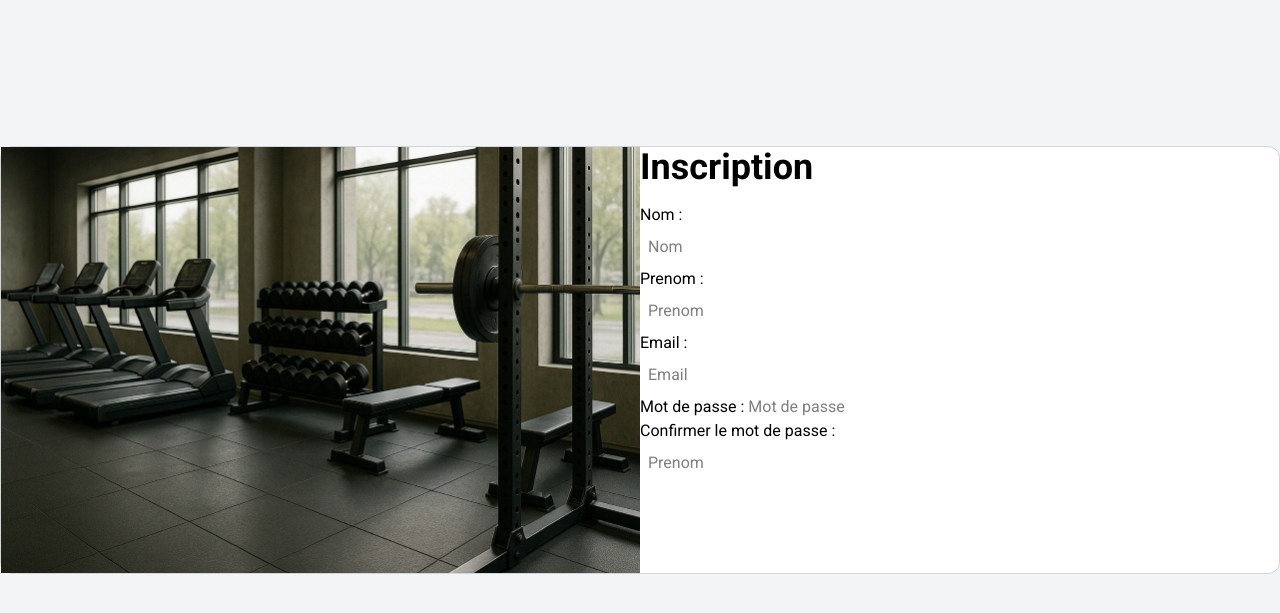
Repository: fahchouchsm/clubSportifWeb
Page: src/pages/inscription.html
An editor plug-in stored every save of this project. The page is shown before and after the next save, followed by the edit.
The browser window is 1280 px wide. The pictures show the whole page.

Above is the page before, as saved 2025-04-16 19:45:13.

### src/pages/inscription.html
<!doctype html>
<html lang="en">
  <head>
    <meta charset="UTF-8" />
    <meta name="viewport" content="width=device-width, initial-scale=1.0" />
    <link href="../css/output.css" rel="stylesheet" />
    <link rel="stylesheet" href="../css/main.css" />
    <link rel="stylesheet" href="../css/style.css" />
    <title>Document</title>
  </head>
  <body>
    <div
      class="flex h-screen w-screen items-center justify-center bg-gray-100 px-10"
    >
      <main
        class="mx-auto flex rounded-xl border border-gray-300 bg-white shadow-lg shadow-gray-400"
      >
        <img
          src="../../public/imgs/salleInterieur.jpeg"
          class="h-full w-1/2 rounded-s-lg object-cover"
          alt=""
        />
        <form
          action="../php/inscription.php"
          method="post"
          class="flex w-1/2 flex-col gap-4 p-6"
        >
          <h1 class="text-4xl font-bold">Inscription</h1>
          <!-- inputs -->
          <div class="grid w-full grid-cols-2 gap-4">
            <!-- Nom -->
            <div class="">
              <label for="nom"> Nom : </label>
              <input
                class="input-style"
                type="text"
                name="nom"
                id="nom"
                placeholder="Nom"
                pattern="[a-zA-Z ]{3,30}"
                required
              />
            </div>
            <!-- Prenom -->
            <div class="">
              <label for="prenom">Prenom :</label
              ><input
                type="text"
                class="input-style"
                name="prenom"
                placeholder="Prenom"
                pattern="[a-zA-Z ]{3,30}"
                id="prenom"
                required
              />
            </div>
            <!-- Email -->
            <div class="col-span-2">
              <label for="email">Email :</label
              ><input
                type="text"
                class="input-style"
                name="email"
                placeholder="Email"
                pattern="[a-zA-Z0-9._%+-]+@[a-zA-Z0-9.-]+\.[a-zA-Z]{2,}"
                id="email"
                required
              />
            </div>
            <!-- pass -->
            <div class="">
              <label for="pass">Mot de passe : </label>
              <input
                class="input-style"
                type="password"
                name="motdepasse"
                id="pass"
                placeholder="Mot de passe"
                pattern="[a-zA-Z ]{3,30}"
                required
              />
            </div>
            <!-- confPass -->
            <div class="">
              <label for="confPass">Confirmer le mot de passe :</label
              ><input
                type="text"
                class="input-style"
                name="prenom"
                placeholder="Prenom"
                pattern="[a-zA-Z ]{3,30}"
                id="prenom"
                required
              />
            </div>
          </div>
          <button type="submit" class="ml-auto bg-gray-500 text-white">
            S'inscrire
          </button>
        </form>
      </main>
    </div>
    <script src="../js/style.js"></script>
  </body>
</html>

### src/css/main.css
@import url("https://fonts.googleapis.com/css2?family=Roboto:wght@400;700&display=swap");

body {
  font-family: "Roboto", sans-serif;
}

### src/css/style.css
/* styles.css */
.input-style {
  @apply block w-full rounded-lg border-2 border-gray-300 p-2 focus:border-blue-500 focus:outline-none;
}

Loaded but not shown: src/js/style.js (39 lines, source omitted); src/css/output.css (1058 lines, source omitted)

After the next save:
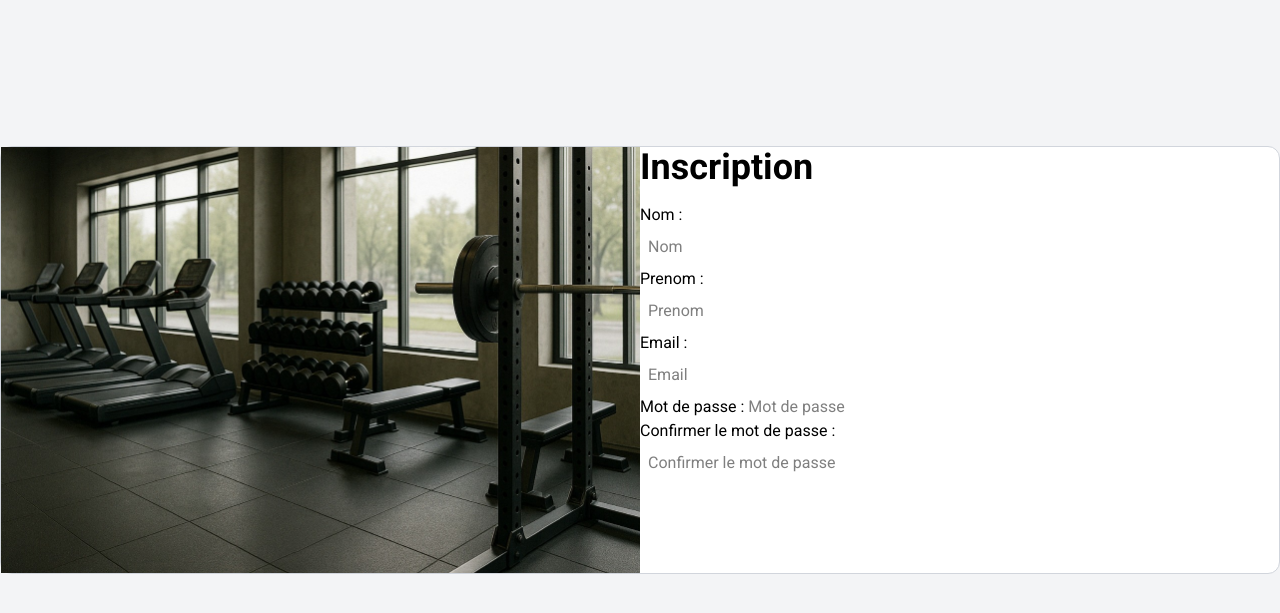
Saved 23 s later.
--- a/src/pages/inscription.html
+++ b/src/pages/inscription.html
@@ -86,8 +86,7 @@
               ><input
                 type="text"
                 class="input-style"
-                name="prenom"
-                placeholder="Prenom"
+                placeholder="Confirmer le mot de passe"
                 pattern="[a-zA-Z ]{3,30}"
                 id="prenom"
                 required
